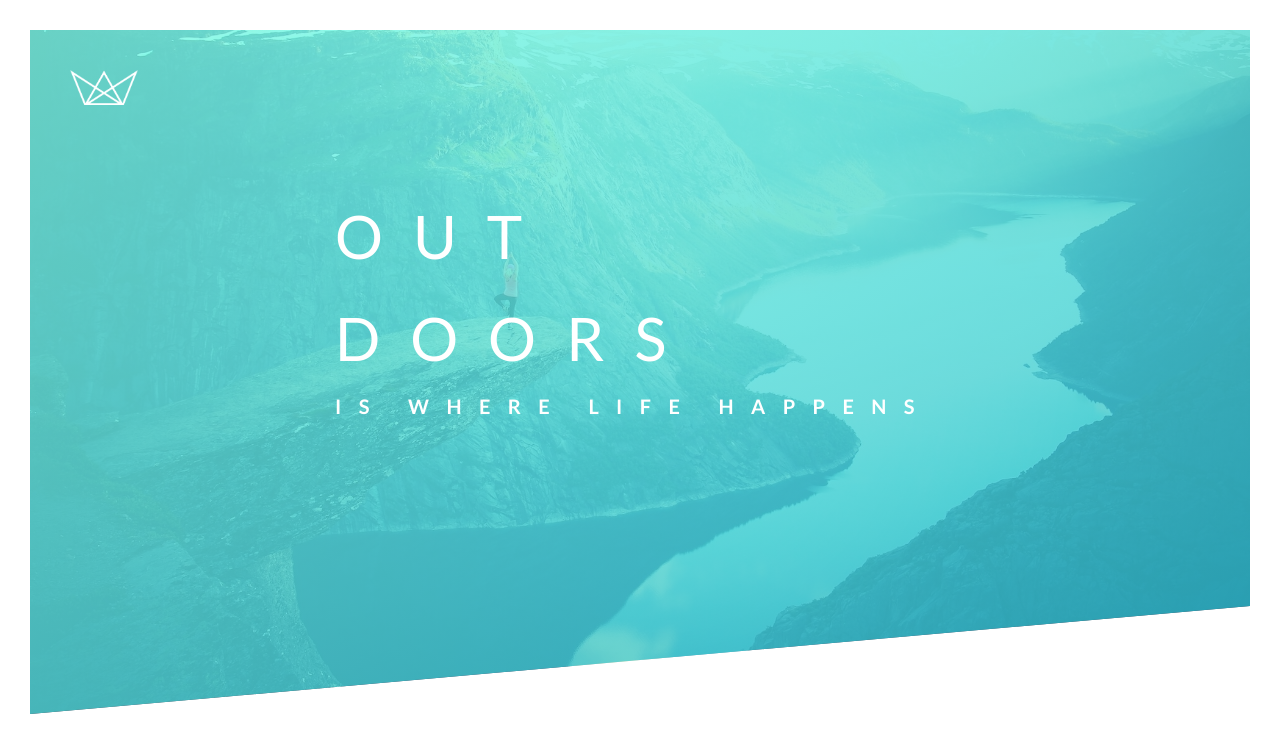
Repository: haokiet2501/natours-page
Page: index.html
The author's editor kept a copy of each file at every save. The page is drawn from the files as they stood at one save, then again after the next save.
The browser window is 1280 px wide. The pictures show the whole page.

Above is the page before, as saved 2022-07-31 17:14:01.

After the next save:
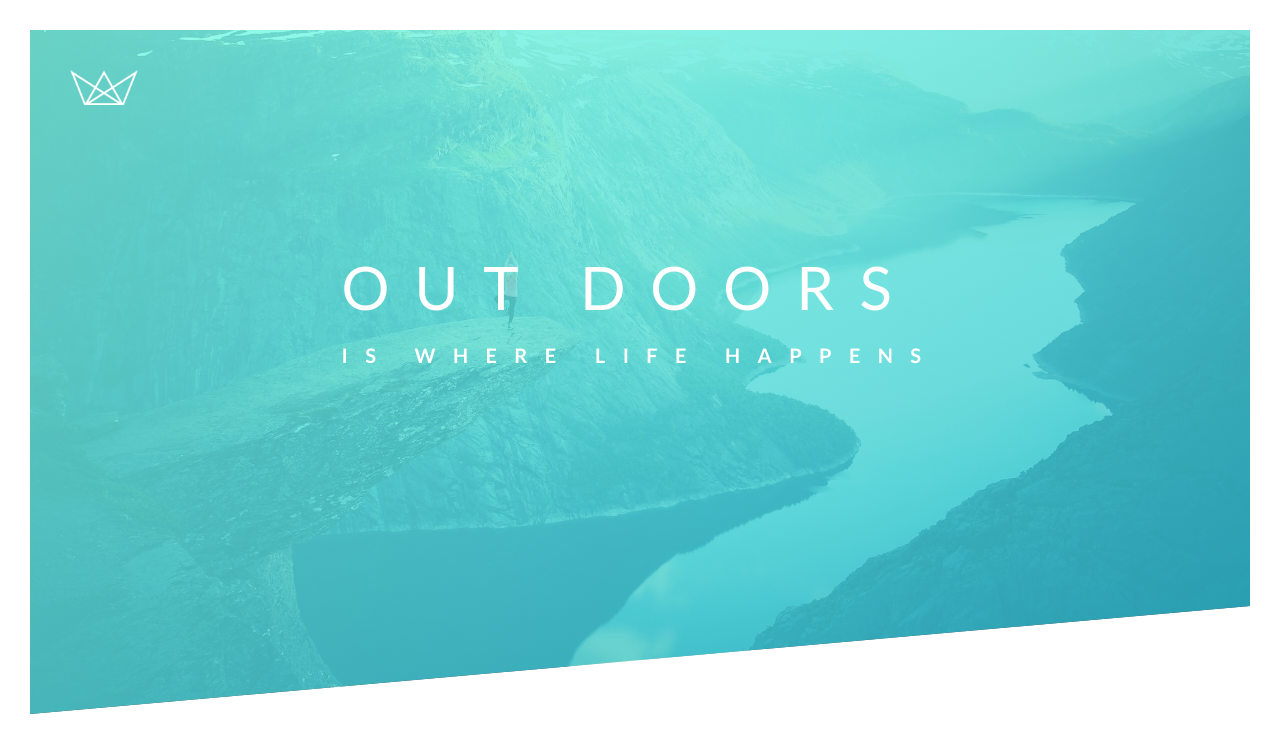
Saved 7 s later.
--- a/styles.css
+++ b/styles.css
@@ -64,7 +64,7 @@ html {
     display: block;
     font-size: 60px;
     font-weight: 400;
-    letter-spacing: 30px;
+    letter-spacing: 25px;
 }
 
 .heading-subtext {
